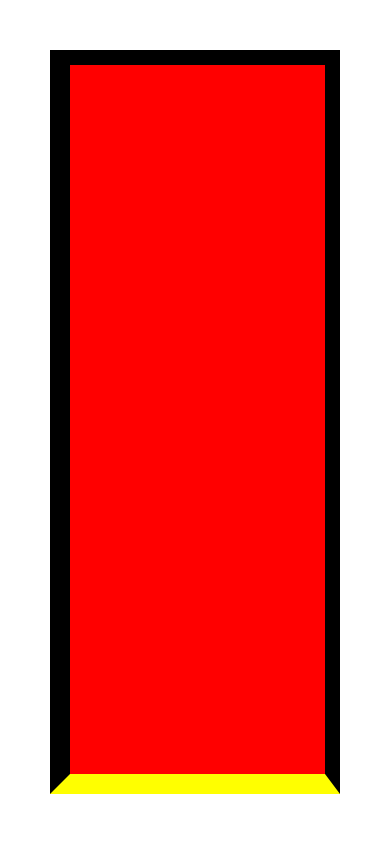
Repository: akinmiday/ReactNativeApp
Screen: /
The author's editor kept a copy of each file at every save. The screen is drawn from the files as they stood at one save, then again after the next save.
The app was drawn by React Native's web renderer in a window 390 px wide. The project was rebuilt for these pictures with package versions that can differ from the ones it lists, and the page was loaded fresh each time.

Above is the screen before, as saved 2023-08-06 16:07:57.

### App.js
import { View, Text } from "react-native";
import styles from "./styles";
import { useState } from "react";

export default function App() {
  const { container } = styles;

  return (
    <View style={container}>
      <Text></Text>
    </View>
  );
}

### styles.js
import { StyleSheet } from "react-native";

const styles = StyleSheet.create({
  container: {
    backgroundColor: "red",
    flex: 1,
    padding: 20,
    margin: 50,
    borderBottomWidth: 20,
    borderTopWidth: 15,
    borderLeftWidth: 20,
    borderRightWidth: 15,
    borderBottomColor: "yellow",
  },
  input: {
    backgroundColor: "pink",
    marginTop: 20,
    padding: 20,
    marginTop: 20,
    marginBottom: 20,
  },
  text: {
    color: "red",
    fontSize: 20,
    fontFamily: "Arial",
    fontStyle: "italic",
    fontWeight: "normal",
    letterSpacing: 1,
    textAlign: "auto",
    textDecorationLine: "underline",
    textDecorationColor: "green",
    textTransform: "lowercase",
  },
  button: {
    backgroundColor: "yellow",
    padding: 15,
    alignItems: "center",
    width: "50%",
    alignSelf: "center",
    borderWidth: 5,
    borderColor: "green",
    marginTop: 20,
  },
  item: {
    backgroundColor: "yellow",
    padding: 20,
    marginVertical: 5,
  },
  header: {
    fontSize: 15,
  },
  title: {
    fontSize: 10,
  },
});

export default styles;

After the next save:
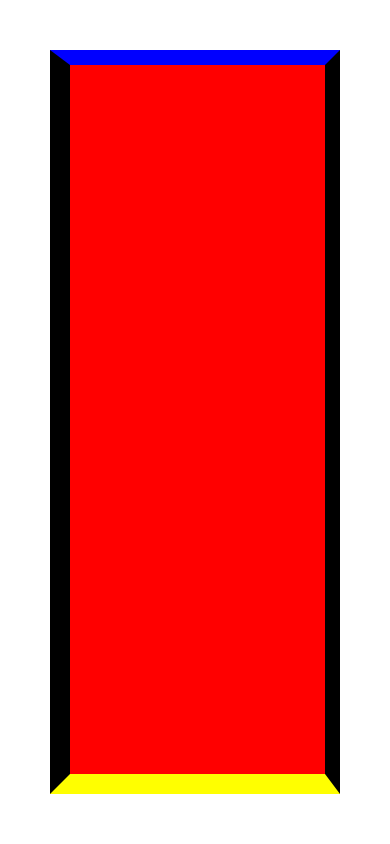
Saved 21 s later.
--- a/styles.js
+++ b/styles.js
@@ -11,6 +11,7 @@ const styles = StyleSheet.create({
     borderLeftWidth: 20,
     borderRightWidth: 15,
     borderBottomColor: "yellow",
+    borderTopColor: "blue",
   },
   input: {
     backgroundColor: "pink",
